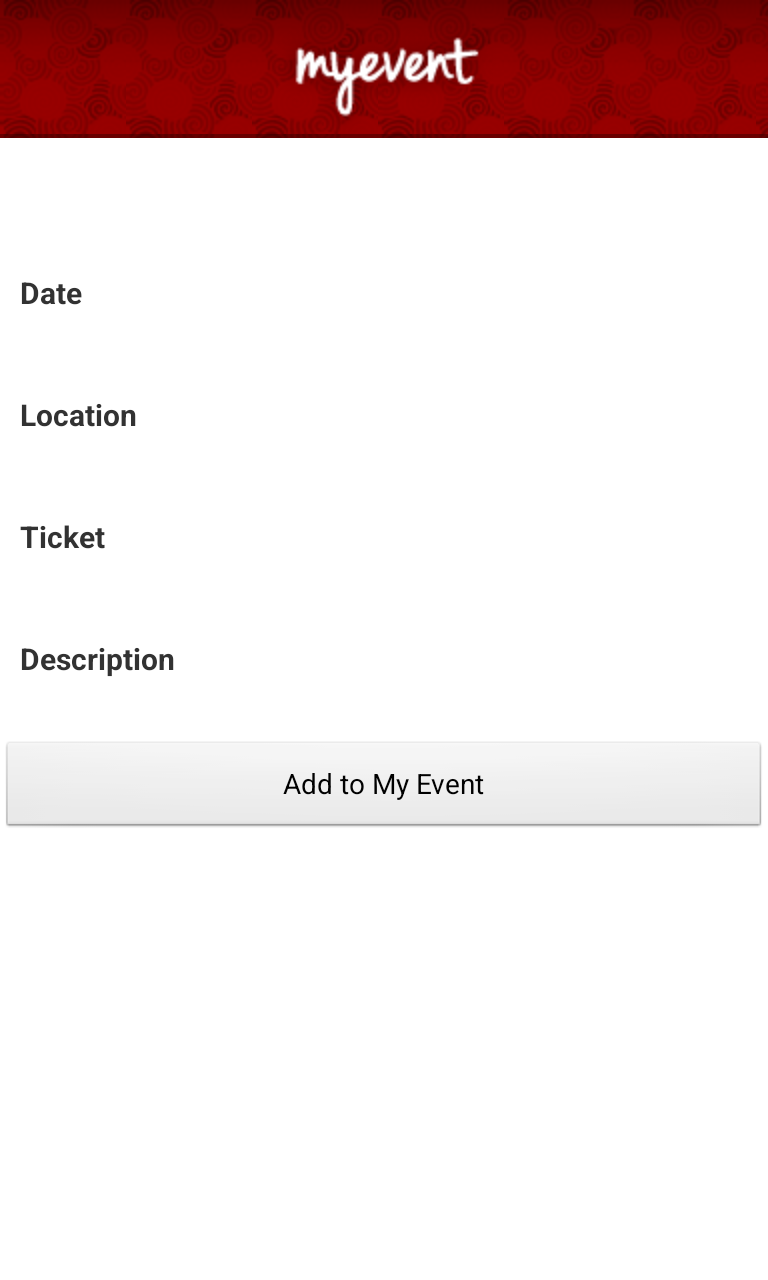
Repository: galihandy/chessboard
Layout: myEvent/res/layout/detail_feature_event.xml
These files come from the project's save history. The layout is drawn as it stood at one moment and after the next save; the edit follows.
It is drawn on a 768 x 1280 px phone screen (xhdpi) without system bars, with theme android:Theme.Light.NoTitleBar; the app's code is not run.

Above is the layout before, as saved 2013-01-27 08:15:19.

### myEvent/res/layout/detail_feature_event.xml
<?xml version="1.0" encoding="utf-8"?>
<LinearLayout xmlns:android="http://schemas.android.com/apk/res/android"
    android:layout_width="match_parent"
    android:layout_height="match_parent"
    android:orientation="vertical" >

    <include
        android:layout_width="match_parent"
        android:layout_height="wrap_content"
        layout="@layout/header" />
    <!-- Name Label -->

    <ScrollView
        android:id="@+id/featured_scrollview"
        android:layout_width="match_parent"
        android:layout_height="wrap_content" >

        <LinearLayout
            android:layout_width="match_parent"
            android:layout_height="wrap_content"
            android:orientation="vertical" >

            <TextView
                android:id="@+id/event_name"
                android:layout_width="fill_parent"
                android:layout_height="wrap_content"
                android:layout_centerHorizontal="true"
                android:layout_margin="10dip"
                android:paddingBottom="5dip"
                android:paddingTop="5dip"
                android:textColor="#990000"
                android:textSize="20dip"
                android:textStyle="bold" />

            <!-- Description Label -->


            <!-- Event Date -->

            <LinearLayout
                android:layout_width="match_parent"
                android:layout_height="wrap_content"
                android:layout_margin="10dip"
                android:orientation="vertical" >

                <TextView
                    android:layout_width="match_parent"
                    android:layout_height="match_parent"
                    android:text="@string/date"
                    android:textSize="15dip"
                    android:textStyle="bold" />

                <TextView
                    android:id="@+id/event_date"
                    android:layout_width="match_parent"
                    android:layout_height="match_parent"
                    android:textSize="15dip" />
            </LinearLayout>

            <!-- Event Location -->

            <LinearLayout
                android:layout_width="match_parent"
                android:layout_height="wrap_content"
                android:layout_margin="10dip"
                android:orientation="vertical" >

                <TextView
                    android:layout_width="match_parent"
                    android:layout_height="wrap_content"
                    android:text="@string/location"
                    android:textSize="15dip"
                    android:textStyle="bold" />

                <TextView
                    android:id="@+id/event_location"
                    android:layout_width="match_parent"
                    android:layout_height="wrap_content"
                    android:textSize="15dip" />
            </LinearLayout>

            <!-- Event Ticket -->

            <LinearLayout
                android:layout_width="match_parent"
                android:layout_height="wrap_content"
                android:layout_margin="10dip"
                android:orientation="vertical" >

                <TextView
                    android:layout_width="match_parent"
                    android:layout_height="wrap_content"
                    android:text="@string/ticket"
                    android:textSize="15dip"
                    android:textStyle="bold" />

                <TextView
                    android:id="@+id/event_ticket"
                    android:layout_width="match_parent"
                    android:layout_height="wrap_content"
                    android:textSize="15dip" />
            </LinearLayout>

            <!-- Event Description -->

            <LinearLayout
                android:layout_width="match_parent"
                android:layout_height="wrap_content"
                android:layout_margin="10dip"
                android:orientation="vertical" >

                <TextView
                    android:layout_width="match_parent"
                    android:layout_height="match_parent"
                    android:text="@string/description"
                    android:textSize="15dip"
                    android:textStyle="bold" />

                <TextView
                    android:id="@+id/event_description"
                    android:layout_width="match_parent"
                    android:layout_height="match_parent"
                    android:textSize="15dip" />
            </LinearLayout>

            <LinearLayout
                xmlns:android="http://schemas.android.com/apk/res/android"
                android:layout_width="match_parent"
                android:layout_height="match_parent"
                android:orientation="horizontal" >

                <Button
                    android:id="@+id/add_event_button"
                    android:layout_width="fill_parent"
                    android:layout_height="wrap_content"
                    android:layout_weight="0.49"
                    android:onClick="onClick"
                    android:text="Add to My Event" />
            </LinearLayout>
        </LinearLayout>
    </ScrollView>

</LinearLayout>

### myEvent/res/layout/header.xml
<LinearLayout xmlns:android="http://schemas.android.com/apk/res/android"
         android:background="@layout/header_background"
         android:layout_width="fill_parent"
         android:layout_height="wrap_content"
         android:orientation="horizontal" >
         <ImageView
		    android:id="@+id/logo_myevent"
		    android:layout_marginTop="9dp"
		    android:layout_width="fill_parent"
		    android:layout_height="wrap_content"
		    android:src="@drawable/logo_myevent" />
</LinearLayout>

### myEvent/res/values/strings.xml
<resources>

    <string name="app_name">MyEvent</string>
    <string name="hello_world">Hello world!</string>
    <string name="menu_settings">Settings</string>
    <string name="no_data">Cannot fetch data</string>
    <string name="search_edit_text_default">Type search here</string>
    <string name="title_activity_main">My Event</string>
    <string name="title_activity_featured">Featured</string>
    <string name="title_activity_ticket">Ticket</string>
    <string name="title_activity_myticket">My Ticket</string>
    <string name="please_wait">Please Wait</string>
    <string name="location">Location</string>
    <string name="date">Date</string>
    <string name="description">Description</string>
    <string name="ticket">Ticket</string>
	<string name="contact">Contact</string>
	<string name="category">Category</string>
	<string name="author">Author</string>

</resources>

### myEvent/res/layout/header_background.xml
<?xml version="1.0" encoding="utf-8"?>
    <bitmap xmlns:android="http://schemas.android.com/apk/res/android"
        android:src="@drawable/pattern_1"
        android:tileMode="repeat" />

After the next save:
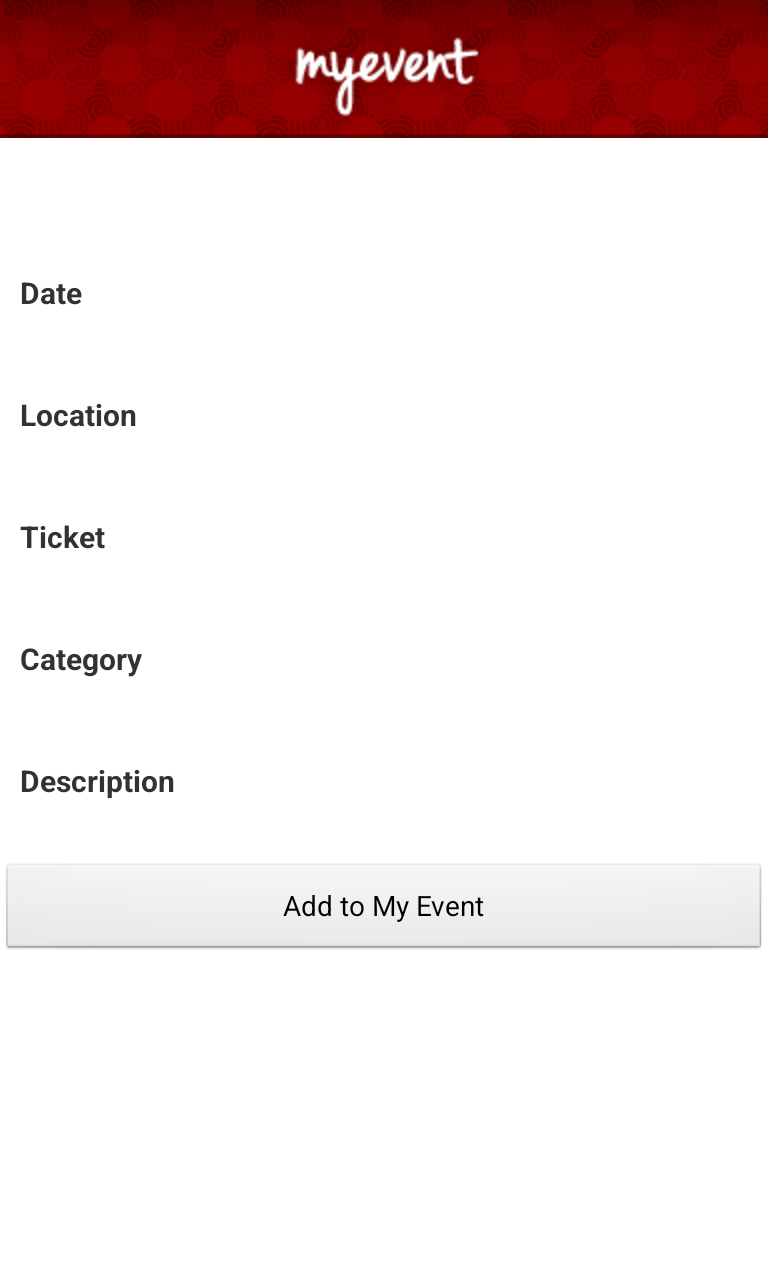
Saved 63 s later.
--- a/myEvent/res/layout/detail_feature_event.xml
+++ b/myEvent/res/layout/detail_feature_event.xml
@@ -101,6 +101,27 @@
                     android:textSize="15dip" />
             </LinearLayout>
 
+            <!-- Event Category -->
+			<LinearLayout
+                android:layout_width="match_parent"
+                android:layout_height="wrap_content"
+                android:layout_margin="10dip"
+                android:orientation="vertical" >
+
+                <TextView
+                    android:layout_width="match_parent"
+                    android:layout_height="wrap_content"
+                    android:text="@string/category"
+                    android:textSize="15dip"
+                    android:textStyle="bold" />
+
+                <TextView
+                    android:id="@+id/event_category"
+                    android:layout_width="match_parent"
+                    android:layout_height="wrap_content"
+                    android:textSize="15dip" />
+            </LinearLayout>
+
             <!-- Event Description -->
 
             <LinearLayout
